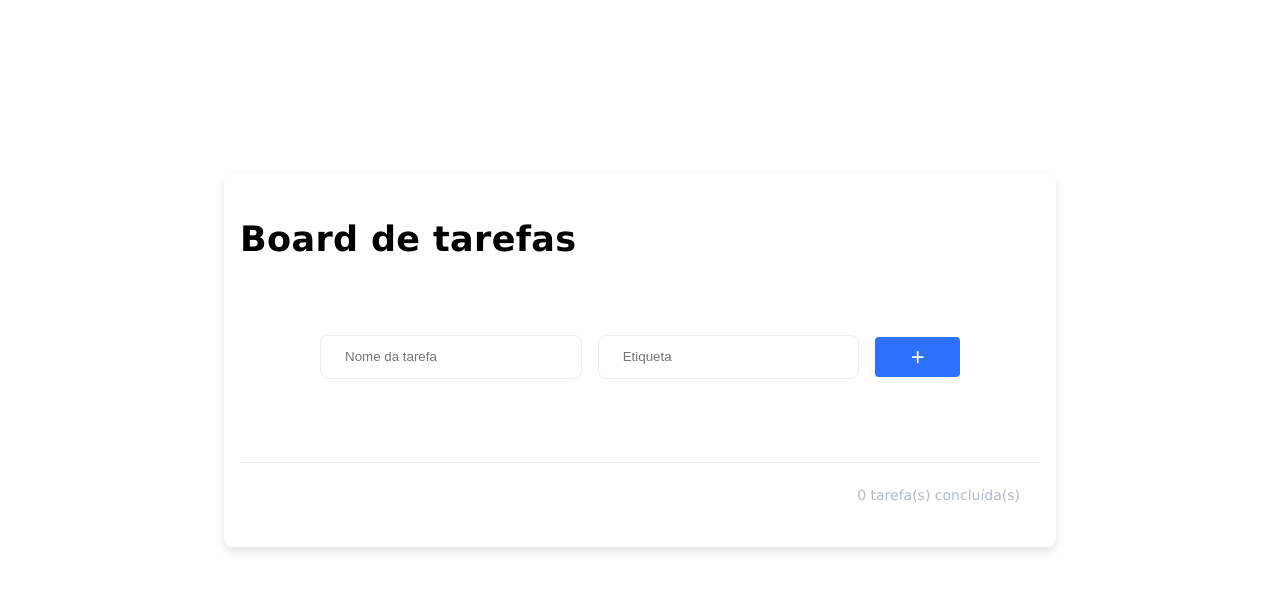
Repository: elasoares/RID187500_Desafio3
Page: index.html
These files come from the project's save history. The page is drawn as it stood at one moment and after the next save; the edit follows.
The browser window is 1280 px wide. The pictures show the whole page.

Above is the page before, as saved 2024-12-03 19:48:49.

### index.html
<!DOCTYPE html>
<html lang="pt">
<head>
    <meta charset="UTF-8">
    <meta name="viewport" content="width=device-width, initial-scale=1.0">
    <title>To-Do</title>
    <link rel="stylesheet" href="style.css">
<body>
    <main>
        <header>
            <h1>Board de tarefas</h1>
        </header>
        <section id="create-todo-section">
            <form id="create-todo-form">
                <input
                type="text"
                id="descricao"
                name="descricao"
                placeholder="Nome da tarefa"
                aria-label="Nome da tarefa"
                class="input-nome-tarefa"
            />
            <input
                type="text"
                id="etiqueta"
                name="etiqueta"
                placeholder="Etiqueta"
                aria-label="Etiqueta"
                class="input-etiqueta"
            />
            <div class="container-btn">
                <button type="submit" aria-label="Cadastrar tarefa" class="add-tarefa-btn">+</button>
            </div>
            </form>
        </section>
        <section class="todo-list-section">
            <ul id="todo-list">
            </ul>
        </section>
        <footer id="todo-footer">

        </footer>
    </main>
    <script src="js.js"></script>
</body>
</html>

### style.css
html {
    width: 100%;
    height: auto;

    box-sizing: border-box;
    font-size: 10px;
    font-family: 'Lucida Sans Regular', 'Lucida Grande', 'Lucida Sans Unicode';
}

body {
    width: 100%;
    height: 100vh;
    margin: 0;
    padding: 0;
    display: flex;
    justify-content: center;
    align-items: center;
}

header{
    width: 100%;
}

    h1 {
    font-family: 'Lucida Sans Regular', 'Lucida Grande', 'Lucida Sans Unicode';
    font-size: 32px;
    font-weight: 600;
    line-height: 37.92px;
    letter-spacing: 0.01em;
    text-align: left;
    text-underline-position: from-font;
    text-decoration-skip-ink: none;
    color: #000;
}

main {
    width: 100%;
    height: auto;
    max-width: 42rem;
    background-color: #fff;
    border-radius: 0.8rem;
    padding: 3rem 2.4rem;
    box-shadow: 0 0.5rem 1rem rgba(0, 0, 0, 0.1);
    display: flex;
    justify-content: flex-start;
    align-items: center;
    flex-direction: column;

}


.todo-list-section {
    display: flex;
    flex-direction: column;
    align-items: center;
    justify-content: center;
    width: 100%;
    height: auto;
    gap: 8px;
}

.todo-list-section ul {
    padding-inline-start: 0;
    height: 20rem;
    overflow: auto;
    width: 100%;
    display: flex;
    flex-direction: column;
    align-items: center;
    justify-content: center;
    height: auto;
    gap: 8px;
}

.todo-list-section ul li {
    width: 80%;
    height: 120px;
    padding: 24px 32px 24px 32px;
    margin-top: 5px;
    border-radius: 16px;
    border: 1px solid #EEEEEE;
    list-style: none;
    display: flex;
    flex-direction: column;
    align-items: flex-start;
    justify-content: center;
    gap: 16px;
}

.todo-list-section ul li:last-child {
    margin-bottom: 0;
}



.complete-task-btn {
    background: #2D70FD;
    width: 121px;
    height:44px;
    padding: 12px 24px 12px 24px;
    gap: 8px;
    border-radius: 4px;
    border: 1px solid #2D70FD;
    color: #fff;
    font-family: 'Lucida Sans Regular', 'Lucida Grande', 'Lucida Sans Unicode';
    font-size: 18px;
    font-weight: 500;
    text-align: center;
    align-self: center;
}




#create-todo-section {
    width: 100%;
    height: 150px;
    display: flex;
    flex-direction: column;
    align-items: flex-start;
    justify-content: center;
}

#create-todo-form {
    font-size: 1.6rem;
    display: flex;
    flex-direction: column;
    width: 100%;
    gap: 16px;
}
input{
    width: 85%;
    height: Fixed (50px)px;
    padding: 16px 24px 16px 24px;
    gap: 10px;
    border-radius: 8px;
    border: 1px solid #EEEEEE;
    color: #B1BACB;
}

input:focus {
    border: 1px solid #5eb7f6;
}



.container-btn{
    display: flex;
    align-items: center;
    justify-content: center;
    width: 100%;
}

.add-tarefa-btn {
    width: 100%;
    height: 4rem;
    color: #fff;
    background-color: #2D70FD;
    border-radius: 4px;
    font-size: 2.4rem;
    cursor: pointer;
    border: none;
}

.add-tarefa-btn:hover {
    opacity: 0.8;
}


.task-details{
    display: flex;
    align-items: flex-start;
    justify-content: center;
    flex-direction: column;
    gap: 5px;
}

.task-text{
    font-family: 'Lucida Sans Regular', 'Lucida Grande', 'Lucida Sans Unicode';
    font-size: 1.5rem;
    font-weight: 500;
    line-height: 17.6px;
    letter-spacing: 0.01em;
    text-underline-position: from-font;
    text-decoration-skip-ink: none;

}

.todo-item.completed .task-text {
    text-decoration: line-through;
    color: #bbbbbb;
    font-family: 'Lucida Sans Regular', 'Lucida Grande', 'Lucida Sans Unicode';
    font-size: 1.5rem;
    font-weight: 500;
    line-height: 17.6px;
    letter-spacing: 0.01em;
    text-decoration-line: line-through;
    text-underline-position: from-font;
    text-decoration-skip-ink: none;

}

.todo-item.completed .task-completed-icon {
    font-size: 1.6rem;
    color: #fff;
    align-self: center;
    width: 32px;
    height: 32px;
    border-radius: 32px;
    background: #00D8A7;
    display: flex;
    align-items: center;
    justify-content: center;
}

.task-label {
    width: 67px;
    height: 21px;
    border-radius: 16px;
    border: 1px 0px 0px 0px;
    background: #FFFFFF;
    font-size: 1.2rem;
    border: 1px solid #b2bec3;
    display: flex;
    align-items: center;
    justify-content: center;
    color: #b2bec3;
}

.task-date {
    font-size: 1.2rem;
    color: #b2bec3;
    margin-top: 0.4rem;
}


#todo-footer {
    width: 95%;
    display: flex;
    justify-content: flex-end;
    font-size: 1.6rem;
    align-items: flex-end;
    height: 20px;
    font-size: 1.4rem;
    color: #B1BACB;
    border-top:1px solid #EEEEEE;
    margin-top: 10px;
    padding: 20px;
}

@media (min-width: 768px) {
    main {
        max-width: 50rem;
        padding: 2.4rem 1.6rem;
    }


    .todo-list-section ul li {
        font-size: 1.5rem;
    }

}

@media (min-width: 980px) {
    main {
        max-width: 80rem;
        padding: 2.4rem 1.6rem;
    }
    h1 {
        font-size: 3.5rem;
    }

    #create-todo-section{
        align-items: center;
    }
    #create-todo-form{
        flex-direction: row;
        align-items: center;
        justify-content: space-between;
        width: 80%;
    }
    .container-btn{
        display: flex;
        align-items: center;
        justify-content: center;
        width: 20%;
    }

    input{
        width: 50%;
        height: 1rem;
        padding: 16px 24px 16px 24px;
        gap: 10px;
        border-radius: 8px;
        border: 1px solid #EEEEEE
    }

}

### js.js
const createTaskListItem = (tarefa) => {
    const lista = document.getElementById("todo-list");

    const toDo = document.createElement('li');
    toDo.className = `todo-item ${tarefa.checado ? 'completed' : ''}`;
    toDo.id = tarefa.id;

    // Criar o conteúdo da tarefa
    const taskDetails = document.createElement('span');
    taskDetails.className = 'task-details';
    taskDetails.innerHTML = `
        <span class="task-text ${tarefa.checado ? 'completed-text' : ''}">${tarefa.descricao}</span>
        <span class="task-label">${tarefa.etiqueta}</span>
        <span class="task-date">Criado em: ${tarefa.data}</span>

    `;


    if (!tarefa.checado) {
        const completeButton = document.createElement('button');
        completeButton.textContent = 'Concluir';
        completeButton.className = 'complete-task-btn';
        completeButton.onclick = () => markTaskAsCompleted(tarefa.id);

        toDo.appendChild(taskDetails);
        toDo.appendChild(completeButton);
    } else {
        const completedIcon = document.createElement('span');
        completedIcon.textContent = '✔';
        completedIcon.className = 'task-completed-icon';

        toDo.appendChild(taskDetails);
        toDo.appendChild(completedIcon);
    }

    lista.appendChild(toDo);
};

const markTaskAsCompleted = (taskId) => {
    const tarefas = getTasksFromLocalStorage();
    const updatedTasks = tarefas.map((task) => {
        if (task.id === taskId) {
            task.checado = true;
        }
        return task;
    });

    setTaskInLocalStorage(updatedTasks);


    const taskElement = document.getElementById(taskId);
    if (taskElement) {
        taskElement.remove();
    }
    const tarefa = updatedTasks.find((task) => task.id === taskId);
    createTaskListItem(tarefa);

    renderTaskProgressData(updatedTasks);
};

const getTasksFromLocalStorage = () => {
    const localTasks = JSON.parse(window.localStorage.getItem('tasks'));
    return localTasks ? localTasks : [];
};

const setTaskInLocalStorage = (tarefas) => {
    window.localStorage.setItem('tasks', JSON.stringify(tarefas));
};

const renderTaskProgressData = (tasks) => {
    const tasksProgress = document.getElementById('tasks-progress') || document.createElement('span');
    tasksProgress.id = 'tasks-progress';

    const doneTasks = tasks.filter(({ checado }) => checado).length;
    const totalTasks = tasks.length;

    tasksProgress.textContent = `${doneTasks} tarefa(s) concluída(s)`;
    document.getElementById('todo-footer').appendChild(tasksProgress);
};

const createTask = (event) => {
    event.preventDefault();

    const descricao = event.target.elements.descricao.value;
    const etiqueta = event.target.elements.etiqueta.value;
    const id = new Date().getTime();
    const data = new Date().toLocaleDateString();
    const checado = false;

    const newTask = { id, descricao, etiqueta, data, checado };

    const tarefas = getTasksFromLocalStorage();
    const updatedTasks = [...tarefas, newTask];
    setTaskInLocalStorage(updatedTasks);

    createTaskListItem(newTask);
    event.target.reset(); // Limpar o formulário
    renderTaskProgressData(updatedTasks);
};

window.onload = () => {
    const form = document.getElementById('create-todo-form');
    form.addEventListener('submit', createTask);

    const tarefas = getTasksFromLocalStorage();
    tarefas.forEach((tarefa) => createTaskListItem(tarefa));
    renderTaskProgressData(tarefas);
};

After the next save:
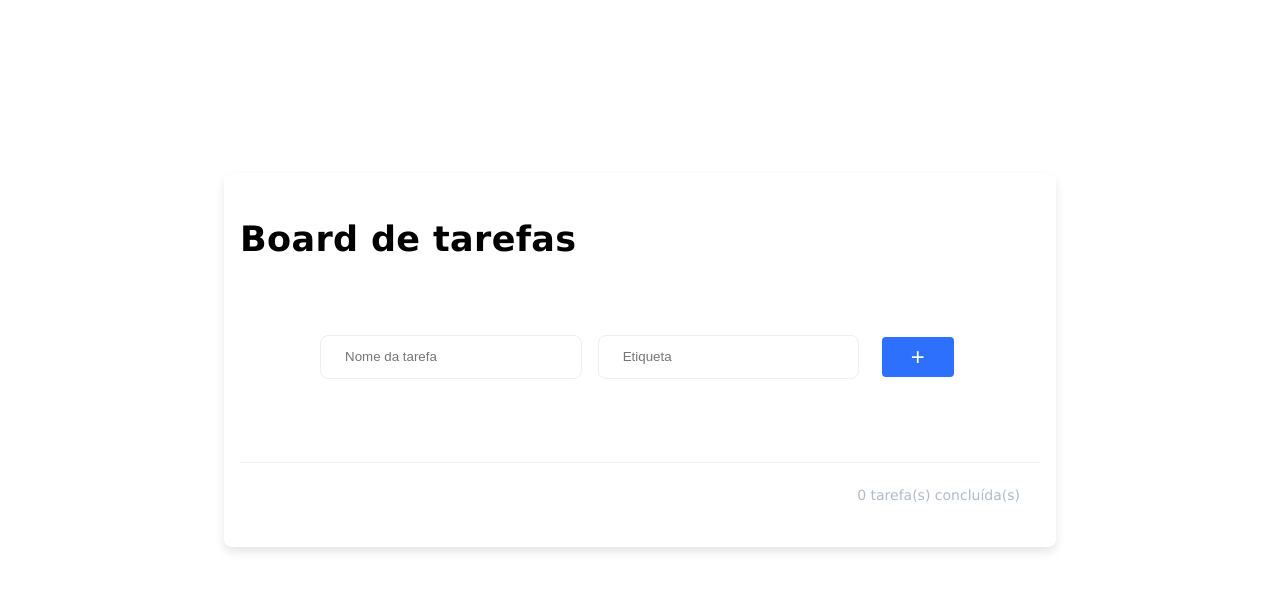
Saved 9 s later.
--- a/style.css
+++ b/style.css
@@ -152,7 +152,7 @@ input:focus {
 }
 
 .add-tarefa-btn {
-    width: 100%;
+    width: 85%;
     height: 4rem;
     color: #fff;
     background-color: #2D70FD;
